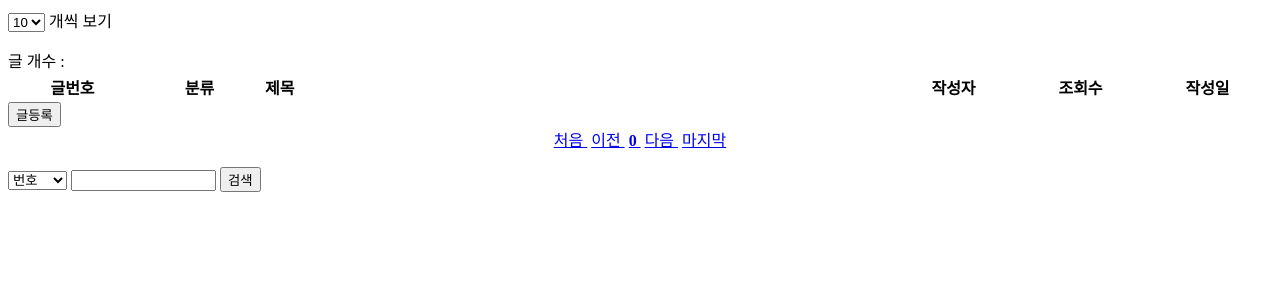
Repository: ekgus419/hckj
Page: http://localhost/Railro/WEB-INF/views/freeBoard/freeBoardList.jsp
These files come from the project's save history. The page is drawn as it stood at one moment and after the next save; the edit follows.
The browser window is 1280 px wide. The pictures show the whole page.
The page is served by Tomcat 9. Nobody is signed in. The template is opened directly, without the code that normally fills it, so the values that code supplies are empty.

Above is the page before, as saved 2016-09-01 13:31:40.

After the next save:
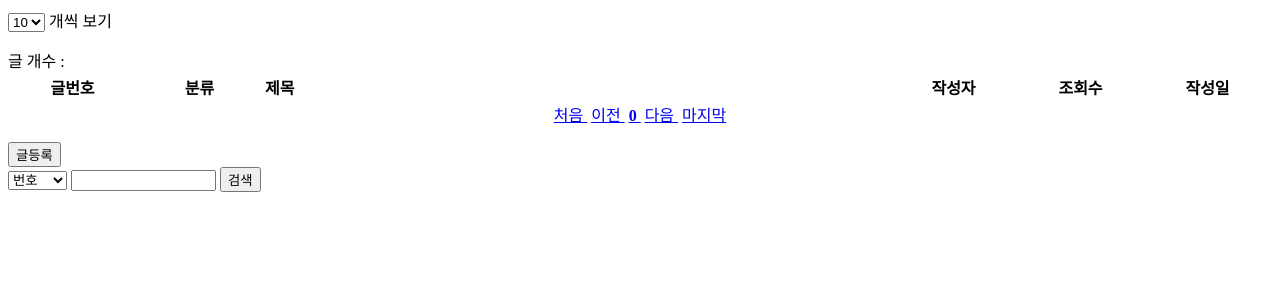
Saved 60 s later.
--- a/Railro/src/main/webapp/WEB-INF/views/freeBoard/freeBoardList.jsp
+++ b/Railro/src/main/webapp/WEB-INF/views/freeBoard/freeBoardList.jsp
@@ -41,9 +41,6 @@
 		  </c:forEach>
 		</table>
 
-		<div class="button1">
-			<button class="button" onclick="location.href='freeBoardReg.htm'">글등록</button>
-		</div>
 
 		<div class="paging" align="center">
 			<jsp:include page="../inc/paging.jsp" flush ="true">
@@ -57,6 +54,11 @@
 			</jsp:include>
 		</div>
 	</form>
+
+
+		<div class="button1">
+			<button class="button" onclick="location.href='freeBoardReg.htm'">글등록</button>
+		</div>
 
     <!-- 검색입력 폼 -->
 	<form method="post" action="freeBoardList.htm">

After the save that followed:
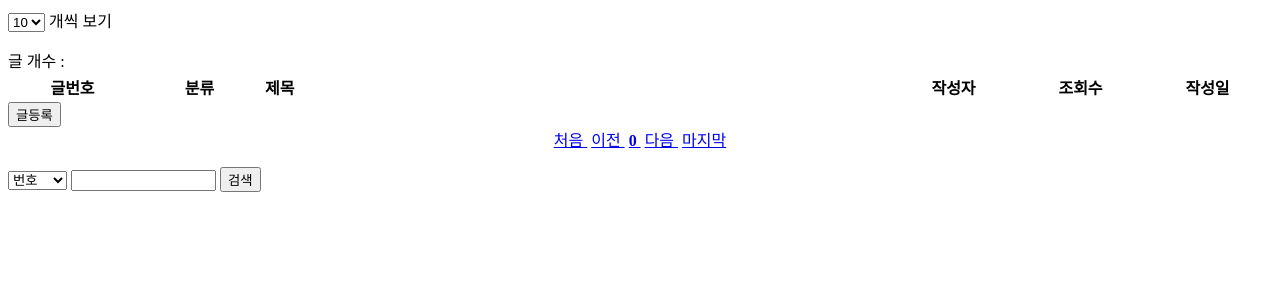
Saved 32 s later.
--- a/Railro/src/main/webapp/WEB-INF/views/freeBoard/freeBoardList.jsp
+++ b/Railro/src/main/webapp/WEB-INF/views/freeBoard/freeBoardList.jsp
@@ -41,6 +41,9 @@
 		  </c:forEach>
 		</table>
 
+		<div class="button1">
+			<button class="button" onclick="location.href='freeBoardReg.htm'">글등록</button>
+		</div>
 
 		<div class="paging" align="center">
 			<jsp:include page="../inc/paging.jsp" flush ="true">
@@ -54,11 +57,6 @@
 			</jsp:include>
 		</div>
 	</form>
-
-
-		<div class="button1">
-			<button class="button" onclick="location.href='freeBoardReg.htm'">글등록</button>
-		</div>
 
     <!-- 검색입력 폼 -->
 	<form method="post" action="freeBoardList.htm">
